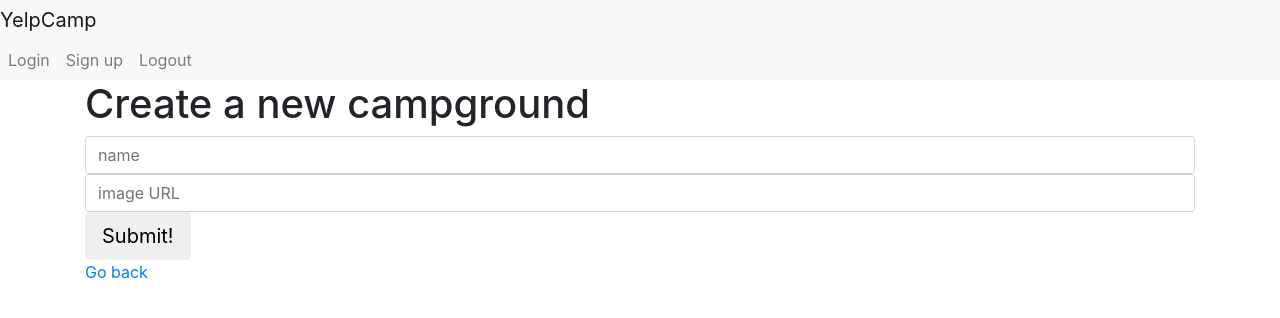
Repository: DevIvanVarela/the-web-developer-bootcamp
Page: http://localhost/campgrounds/new
The author's editor kept a record of every edit. The page is drawn from the files as they stood at one moment, then again after the next edit.
The browser window is 1280 px wide. The pictures show the whole page.
The page is served by the project's Node server (YelpCamp/v1/app.js).

Above is the page before.

### workspace/YelpCamp/v1/views/new.ejs
<% include partials/header %>
<div class="container">
<h1>Create a new campground</h1>

<form action="/campgrounds" method="POST">
    <input class="form-control" type="text" name="name" placeholder="name">
    <input class="form-control" type="text" name="image" placeholder="image URL">
    <button class="btn btn-lg btn-default">Submit!</button>
</form>

<a href="/campgrounds">Go back</a>

<% include partials/footer %>

### workspace/YelpCamp/v1/views/partials/header.ejs
<!DOCTYPE html>
<html>
    <head>
        <title>YelpCamp</title>
        <link rel="stylesheet" href="https://stackpath.bootstrapcdn.com/bootstrap/4.1.3/css/bootstrap.min.css">
    </head>
    <body>
    <nav class="navnavbar navbar-expand-lg navbar-light bg-light">
        <a class="navbar-brand" href="/">YelpCamp</a>
        <div class="collapse navbar-collapse">
            <ul class="navbar-nav mr-auto">
                <li class="nav-item"><a href="/" class="nav-link">Login</a></li>
                <li class="nav-item"><a href="/" class="nav-link">Sign up</a></li>
                <li class="nav-item"><a href="/" class="nav-link">Logout</a></li>
            </ul>
        </div>
    </nav>

### workspace/YelpCamp/v1/app.js
var express = require("express");
var app = express();
var bodyParser = require("body-parser");

app.use(bodyParser.urlencoded({extended: true}));
app.set("view engine", "ejs");

app.get("/", function(req, res) {
    res.render("landing");
});

var campgrounds = [
    { name: "Salmon Creek", image: "https://photosforclass.com/download/flickr-16263386718" },
    { name: "Granite Hill", image: "https://photosforclass.com/download/pixabay-1851092?webUrl=https%3A%2F%2Fpixabay.com%2Fget%2Fe83db40e28fd033ed1584d05fb1d4e97e07ee3d21cac104491f1c07ea3ebb5bf_960.jpg&user=Pexels" },
    { name: "Montain Goat's Rest", image: "https://photosforclass.com/download/pixabay-1208201?webUrl=https%3A%2F%2Fpixabay.com%2Fget%2Fe837b1072af4003ed1584d05fb1d4e97e07ee3d21cac104491f1c07ea3ebb5bf_960.jpg&user=Free-Photos" }
];

app.get("/campgrounds", function(req, res){
   res.render("campgrounds", {campgrounds: campgrounds});
});

app.post("/campgrounds", function(req, res){
    var name = req.body.name;
    var image = req.body.image;

    campgrounds.push({name: name, image: image});

    res.redirect("/campgrounds");
});

app.get("/campgrounds/new", function(req, res){
    res.render("new.ejs");

});

app.listen(process.env.PORT, process.env.IP, function() {
   console.log("The YelpCamp Server has started.");
});

Loaded but not shown: workspace/YelpCamp/v1/views/partials/footer.ejs (common file)

After the next edit:
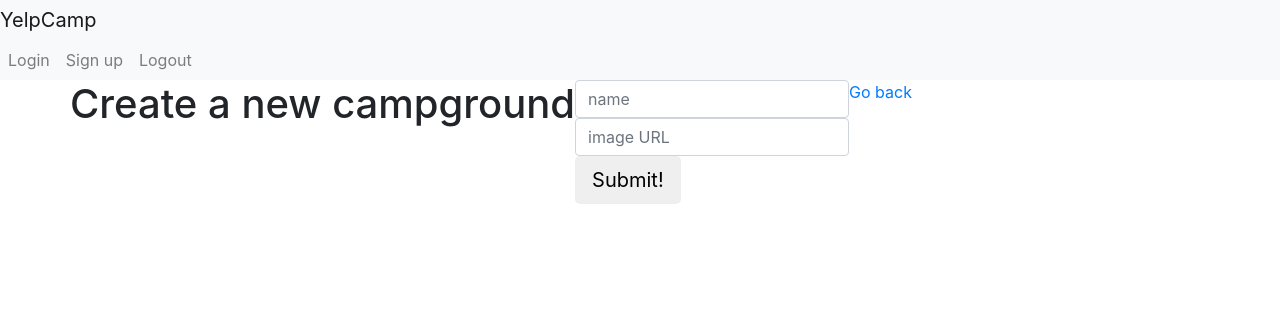
The edit:
--- a/workspace/YelpCamp/v1/views/new.ejs
+++ b/workspace/YelpCamp/v1/views/new.ejs
@@ -1,13 +1,14 @@
 <% include partials/header %>
 <div class="container">
-<h1>Create a new campground</h1>
+    <div class="row">
+    <h1>Create a new campground</h1>
 
-<form action="/campgrounds" method="POST">
-    <input class="form-control" type="text" name="name" placeholder="name">
-    <input class="form-control" type="text" name="image" placeholder="image URL">
-    <button class="btn btn-lg btn-default">Submit!</button>
-</form>
+    <form action="/campgrounds" method="POST">
+        <input class="form-control" type="text" name="name" placeholder="name">
+        <input class="form-control" type="text" name="image" placeholder="image URL">
+        <button class="btn btn-lg btn-default">Submit!</button>
+    </form>
 
-<a href="/campgrounds">Go back</a>
-
+    <a href="/campgrounds">Go back</a>
+</div>
 <% include partials/footer %>
